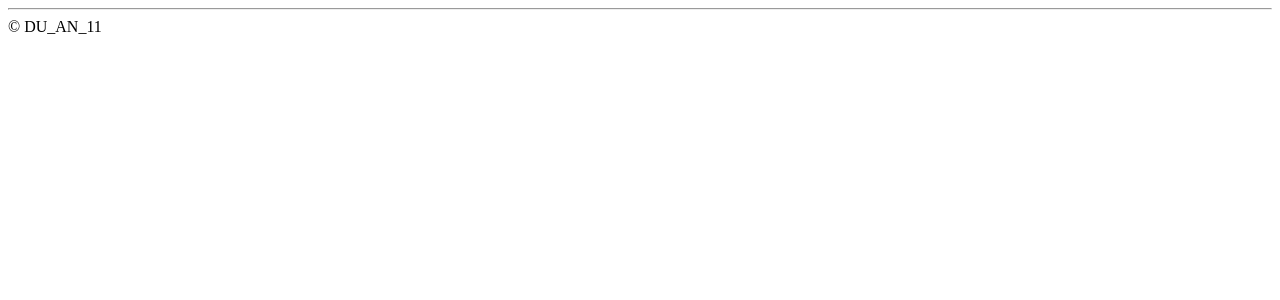
Repository: DODUCHUY195/du_an_1_nhom2
Page: http://localhost/du_an_11/app/views/layouts/footer.php
These files come from the project's save history. The page is drawn as it stood at one moment and after the next save; the edit follows.
The browser window is 1280 px wide. The pictures show the whole page.
The page is run by PHP 8.4 with error messages shown; the project is at /var/www/html/.

Above is the page before, as saved 2025-11-14 15:47:53.

After the next save:
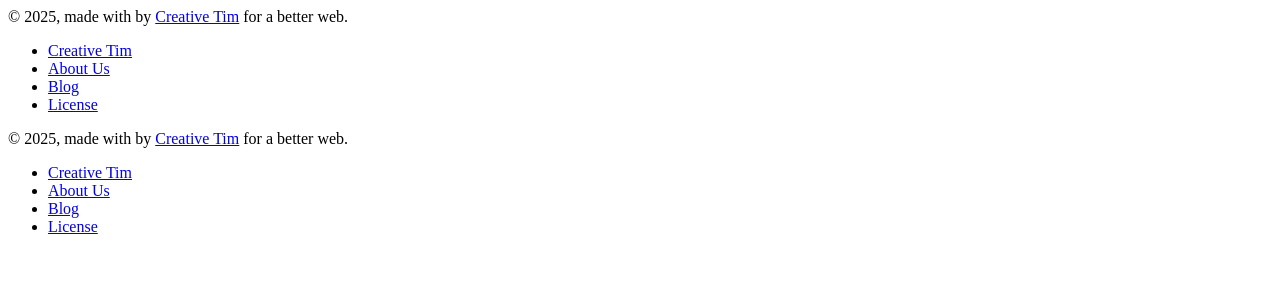
Saved 59 s later.
--- a/app/views/layouts/footer.php
+++ b/app/views/layouts/footer.php
@@ -1,4 +1,65 @@
-<hr>
-<footer>© DU_AN_11</footer>
-</body>
-</html>
+<footer class="pt-4">
+          <div class="w-full px-6 mx-auto">
+            <div class="flex flex-wrap items-center -mx-3 lg:justify-between">
+              <div class="w-full max-w-full px-3 mt-0 mb-6 shrink-0 lg:mb-0 lg:w-1/2 lg:flex-none">
+                <div class="text-sm leading-normal text-center text-slate-500 lg:text-left">
+                  ©
+                  <script>
+                    document.write(new Date().getFullYear() + ",");
+                  </script>
+                  made with <i class="fa fa-heart"></i> by
+                  <a href="https://www.creative-tim.com" class="font-semibold text-slate-700 dark:text-white" target="_blank">Creative Tim</a>
+                  for a better web.
+                </div>
+              </div>
+              <div class="w-full max-w-full px-3 mt-0 shrink-0 lg:w-1/2 lg:flex-none">
+                <ul class="flex flex-wrap justify-center pl-0 mb-0 list-none lg:justify-end">
+                  <li class="nav-item">
+                    <a href="https://www.creative-tim.com" class="block px-4 pt-0 pb-1 text-sm font-normal transition-colors ease-in-out text-slate-500" target="_blank">Creative Tim</a>
+                  </li>
+                  <li class="nav-item">
+                    <a href="https://www.creative-tim.com/presentation" class="block px-4 pt-0 pb-1 text-sm font-normal transition-colors ease-in-out text-slate-500" target="_blank">About Us</a>
+                  </li>
+                  <li class="nav-item">
+                    <a href="https://creative-tim.com/blog" class="block px-4 pt-0 pb-1 text-sm font-normal transition-colors ease-in-out text-slate-500" target="_blank">Blog</a>
+                  </li>
+                  <li class="nav-item">
+                    <a href="https://www.creative-tim.com/license" class="block px-4 pt-0 pb-1 pr-0 text-sm font-normal transition-colors ease-in-out text-slate-500" target="_blank">License</a>
+                  </li>
+                </ul>
+              </div>
+            </div>
+          </div>
+        </footer><footer class="pt-4">
+          <div class="w-full px-6 mx-auto">
+            <div class="flex flex-wrap items-center -mx-3 lg:justify-between">
+              <div class="w-full max-w-full px-3 mt-0 mb-6 shrink-0 lg:mb-0 lg:w-1/2 lg:flex-none">
+                <div class="text-sm leading-normal text-center text-slate-500 lg:text-left">
+                  ©
+                  <script>
+                    document.write(new Date().getFullYear() + ",");
+                  </script>
+                  made with <i class="fa fa-heart"></i> by
+                  <a href="https://www.creative-tim.com" class="font-semibold text-slate-700 dark:text-white" target="_blank">Creative Tim</a>
+                  for a better web.
+                </div>
+              </div>
+              <div class="w-full max-w-full px-3 mt-0 shrink-0 lg:w-1/2 lg:flex-none">
+                <ul class="flex flex-wrap justify-center pl-0 mb-0 list-none lg:justify-end">
+                  <li class="nav-item">
+                    <a href="https://www.creative-tim.com" class="block px-4 pt-0 pb-1 text-sm font-normal transition-colors ease-in-out text-slate-500" target="_blank">Creative Tim</a>
+                  </li>
+                  <li class="nav-item">
+                    <a href="https://www.creative-tim.com/presentation" class="block px-4 pt-0 pb-1 text-sm font-normal transition-colors ease-in-out text-slate-500" target="_blank">About Us</a>
+                  </li>
+                  <li class="nav-item">
+                    <a href="https://creative-tim.com/blog" class="block px-4 pt-0 pb-1 text-sm font-normal transition-colors ease-in-out text-slate-500" target="_blank">Blog</a>
+                  </li>
+                  <li class="nav-item">
+                    <a href="https://www.creative-tim.com/license" class="block px-4 pt-0 pb-1 pr-0 text-sm font-normal transition-colors ease-in-out text-slate-500" target="_blank">License</a>
+                  </li>
+                </ul>
+              </div>
+            </div>
+          </div>
+        </footer>
